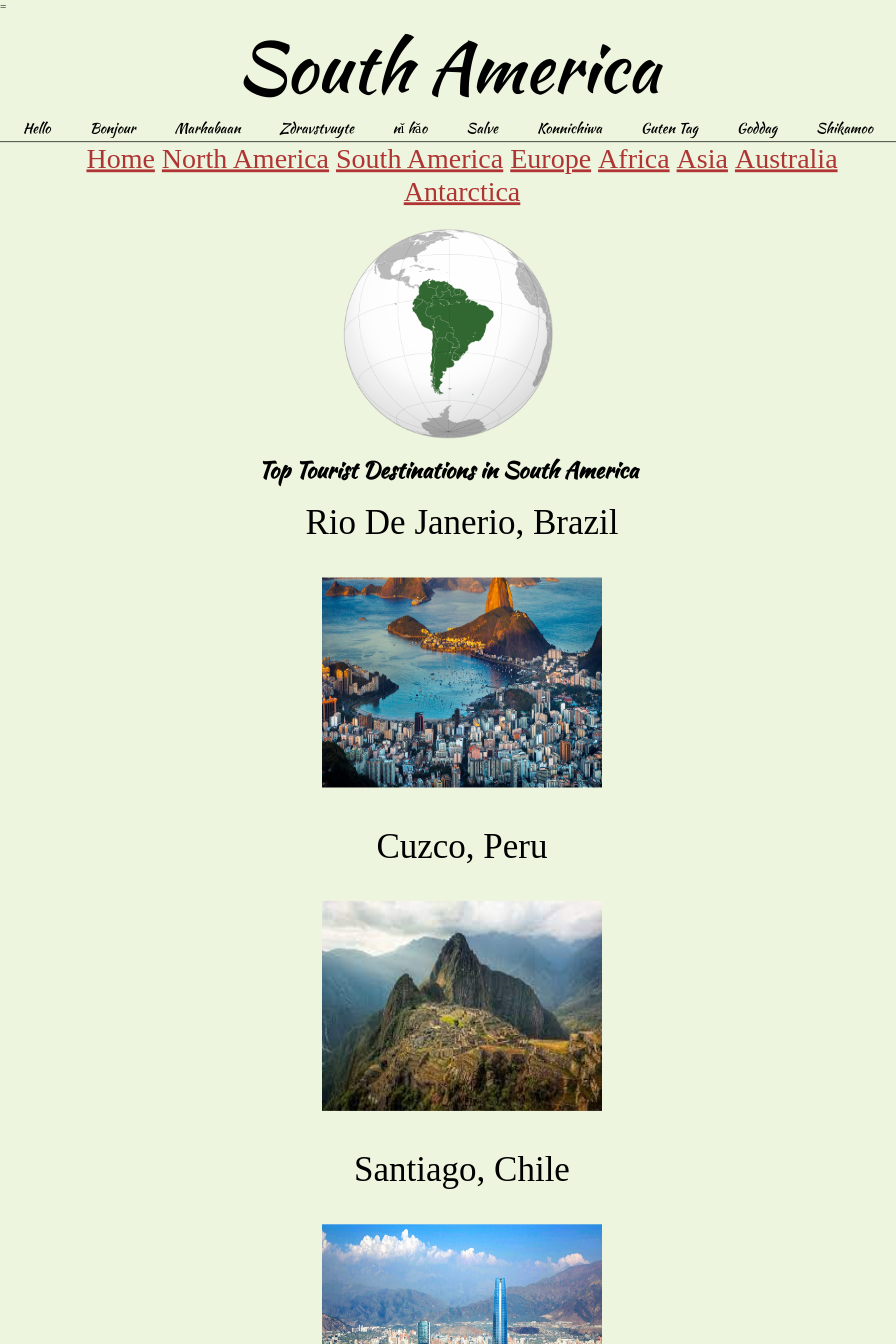
Repository: alharama/StaticWebsite
Page: sa_page.html
An editor plug-in stored every save of this project. The page is shown before and after the next save, followed by the edit.
The browser window is 1280 px wide. The pictures show the part of the page from y = 0 to 1920 px (the page is 3691 px tall before and 3673 px after), at 70% of full size.

Above is the page before, as saved 2021-09-30 01:20:37.

### sa_page.html
<!DOCTYPE html>
<html lang="en">
<head>

    <link rel = "stylesheet" type="text/css" href="StyleSheet.css">
    <link rel="icon" href="World.ico">=

    <title> South America </title>

    <style>

        #sa {
            display: block;
            margin-left: auto;
            margin-right: auto;
            margin-top: 30px;
            width: auto;
            height: 300px;

        }



    </style>

</head>

    <header>
        South America


        <div id="languages">
            <div>Hello</div>
            <div>Bonjour</div>
            <div>Marhabaan</div>
            <div>Zdravstvuyte</div>
            <div>nǐ hǎo</div>
            <div>Salve</div>
            <div>Konnichiwa</div>
            <div>Guten Tag</div>
            <div>Goddag</div>
            <div>Shikamoo</div>
        </div>
    </header>

    <body>

        <nav class="top_nav">
            <ul id="top_nav">
                <li><a href="/index.html">Home</a></li>
                <li><a href="/na_page.html">North America</a></li>
                <li><a href="/sa_page.html">South America</a></li>
                <li><a href="/eu_page.html">Europe</a></li>
                <li><a href="/af_page.html">Africa</a></li>
                <li><a href="/as_page.html">Asia</a></li>
                <li><a href="/au_page.html">Australia</a></li>
                <li><a href="/ant_page.html">Antarctica</a></li>
            </ul>
        </nav>


        <img id="sa" src="images/SouthAmerica.png" alt="South America">
        <h1> Top Tourist Destinations in South America</h1>


        <ul class = "tourist_spots">
            <li> Rio De Janerio, Brazil </li>

            <img class="dest" src="images/Rio.jpeg" alt="RIO">
            <li> Cuzco, Peru </li>
            <img class = "dest" src="images/Cuzco.jpeg" alt="CUZCO">
            <li> Santiago, Chile</li>
            <img class = "dest" src="images/Santiago.jpeg" alt = "SANTIAGO">
            <li> Galapagos Islands, Ecuador</li>
            <img class = "dest" src="images/Galapagos.jpeg" alt="GALAPAGOS">
            <li> Buenos Aires, Argentina</li>
            <img class="dest" src="images/Buenos.jpeg" alt="BUENOS AIRES">
        </ul>


            <div class = "extra_destinations">
                <div id="other_dest_header"> Other Popular Tourist Destinations</div>
                    <ol>
                        <li>  Easter Island, Chile</li>
                        <li> Angel Falls, Venezuela</li>
                        <li> Cartagena, Columbia </li>
                        <li> Salar de Uyuni, Bolivia</li>
                        <li> The Sacred Valley, Peru</li>
                    </ol>
            </div>





        <div id="survey">

            Which destination do you want to travel to next?
            <select>
                <option>Pick one...</option>
                <option>Rio De Jenario</option>
                <option>Cuzco</option>
                <option>Santiago</option>
                <option>Galapagos Island</option>
                <option>Buenos Aires</option>
                <option>Easter Island</option>
                <option>Angel Falls</option>
            </select>

        </div>

        <footer>

            References:

            <ol>
                <li><a href="https://www.travelandleisure.com/travel-guide/rio-de-janeiro">https://www.travelandleisure.com/travel-guide/rio-de-janeiro</a></li>
                <li><a href="https://www.travelandleisure.com/trip-ideas/adventure-travel/how-to-travel-to-machu-picchu">https://www.travelandleisure.com/trip-ideas/adventure-travel/how-to-travel-to-machu-picchu</a></li>
                <li><a href="https://www.wildfrontierstravel.com/en_AU/blog/an-insiders-city-guide-to-santiago-chile">https://www.wildfrontierstravel.com/en_AU/blog/an-insiders-city-guide-to-santiago-chile</a></li>
                <li><a href="https://www.travelandleisure.com/trip-ideas/adventure-travel/how-to-travel-to-galapagos-islands">https://www.travelandleisure.com/trip-ideas/adventure-travel/how-to-travel-to-galapagos-islands</a></li>
                <li><a href="https://www.lonelyplanet.com/argentina/buenos-aires">https://www.lonelyplanet.com/argentina/buenos-aires</a></li>
            </ol>

        </footer>


    </body>
</html>

### StyleSheet.css

 @import url('https://fonts.googleapis.com/css2?family=Kaushan+Script&display=swap');



 header {
    text-align: center;
    padding: 5px;
    font-family: 'Kaushan Script', cursive;
    font-size: 100px;
    border-bottom: 1px solid;

}

body{
    background: rgb(238, 245, 222);
    margin: 0px;
    padding-bottom: 200px;
}

.top_nav {
    width: 100%;
    font-size: 40px;
    text-align: center;
    color: red;

}

.top_nav ul {
    margin: 0px;
    color: blue;
}

.top_nav li {
    display: inline-block;

}

.top_nav a {
    text-decoration:underline;
    color: rgb(175, 52, 52);

}

.top_nav a:hover {
    background-color: lightgray;
}


#languages{

    display: flex;
    font-size: 20px;
    justify-content:space-around;
}



 h1 {
    text-align: center;
    font-family: 'Kaushan Script', cursive;
}

.tourist_spots {
    text-align: center;
}
.tourist_spots li {
    list-style: none;
    text-align: center;
    font-size: 50px;

}


.dest {
    width: 400px;
    height: 300px;
    padding: 50px;
}

#other_dest_header {
    font-size: 50px;
}
.extra_destinations li{
    padding-left: 20px;
    font-size: 20px;
}

#survey {
    margin: 50px;
}

After the next save:
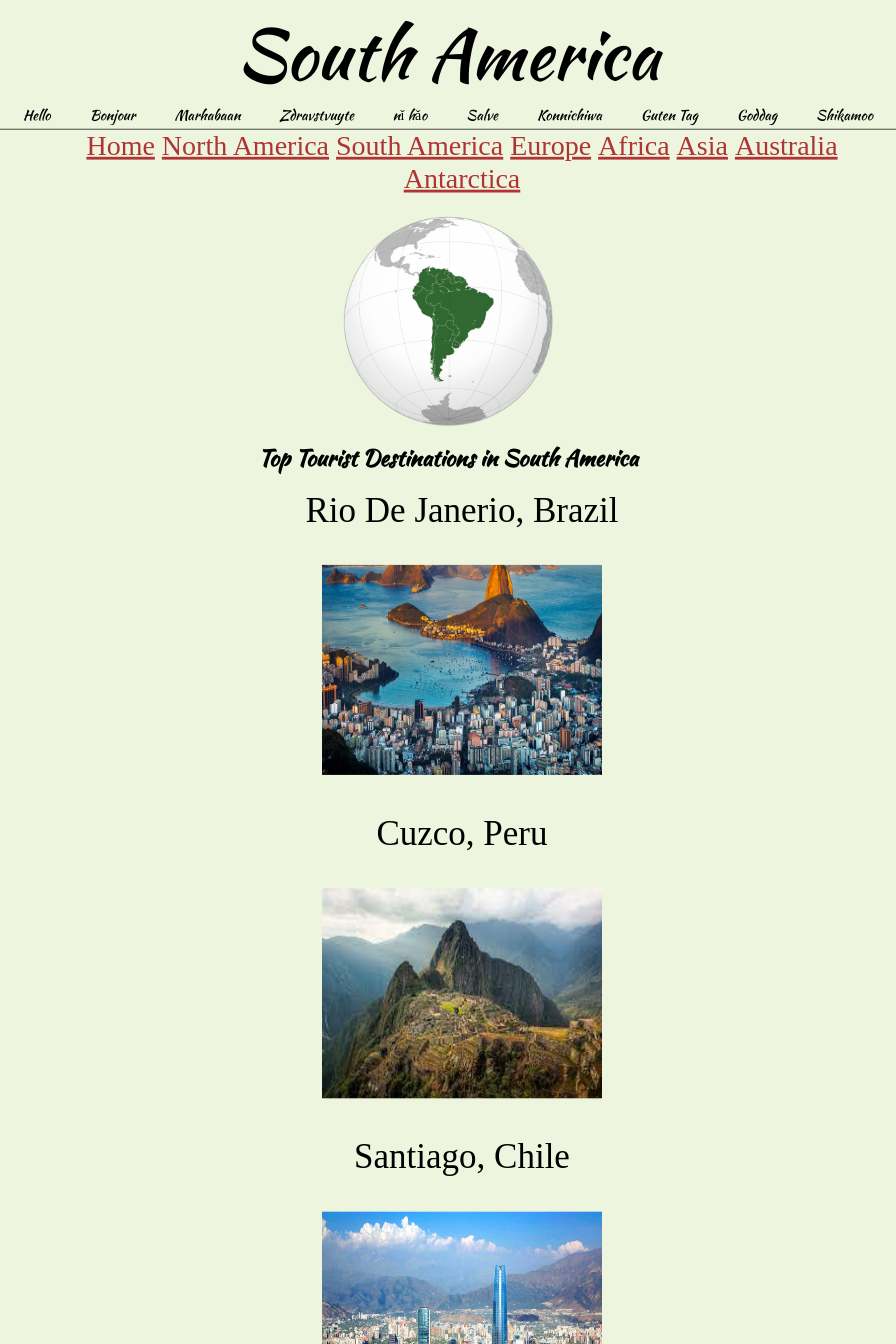
Saved 4 s later.
--- a/sa_page.html
+++ b/sa_page.html
@@ -3,7 +3,7 @@
 <head>
 
     <link rel = "stylesheet" type="text/css" href="StyleSheet.css">
-    <link rel="icon" href="World.ico">=
+    <link rel="icon" href="World.ico">
 
     <title> South America </title>
 
